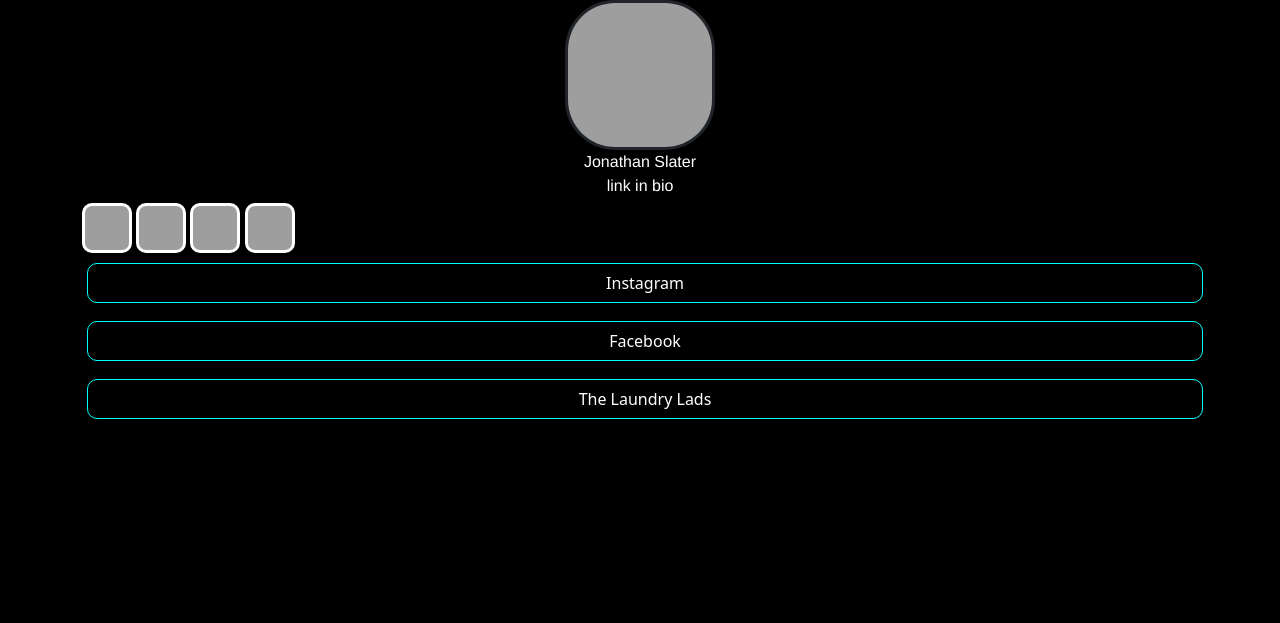
Repository: jontslater/LAB-link-in-bio
Page: index.html
The author's editor kept a copy of each file at every save. The page is drawn from the files as they stood at one save, then again after the next save.
The browser window is 1280 px wide. The pictures show the whole page.
Pictures or frames that could not be fetched are drawn as grey boxes.

Above is the page before, as saved 2023-10-15 15:01:09.

After the next save:
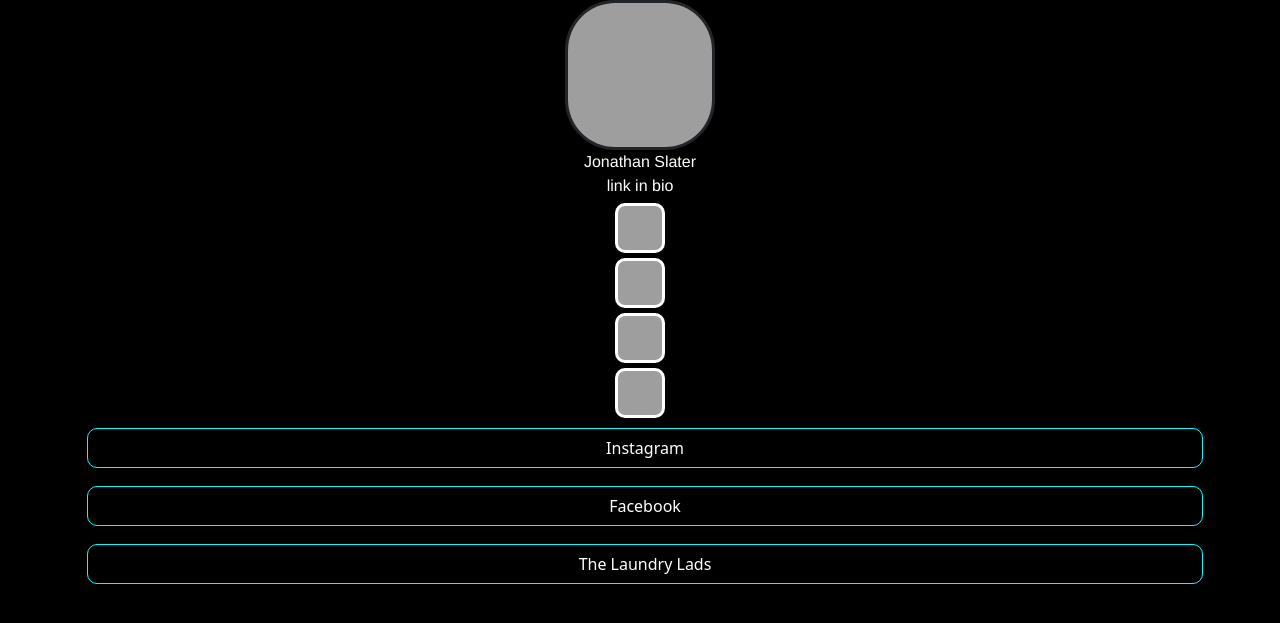
Saved 24 s later.
--- a/main.css
+++ b/main.css
@@ -49,5 +49,5 @@
   border-style: solid;
   margin-left: auto;
   margin-right: auto;
-  margin-block: center;
+  display: flex;
 }

After the 3 saves that followed:
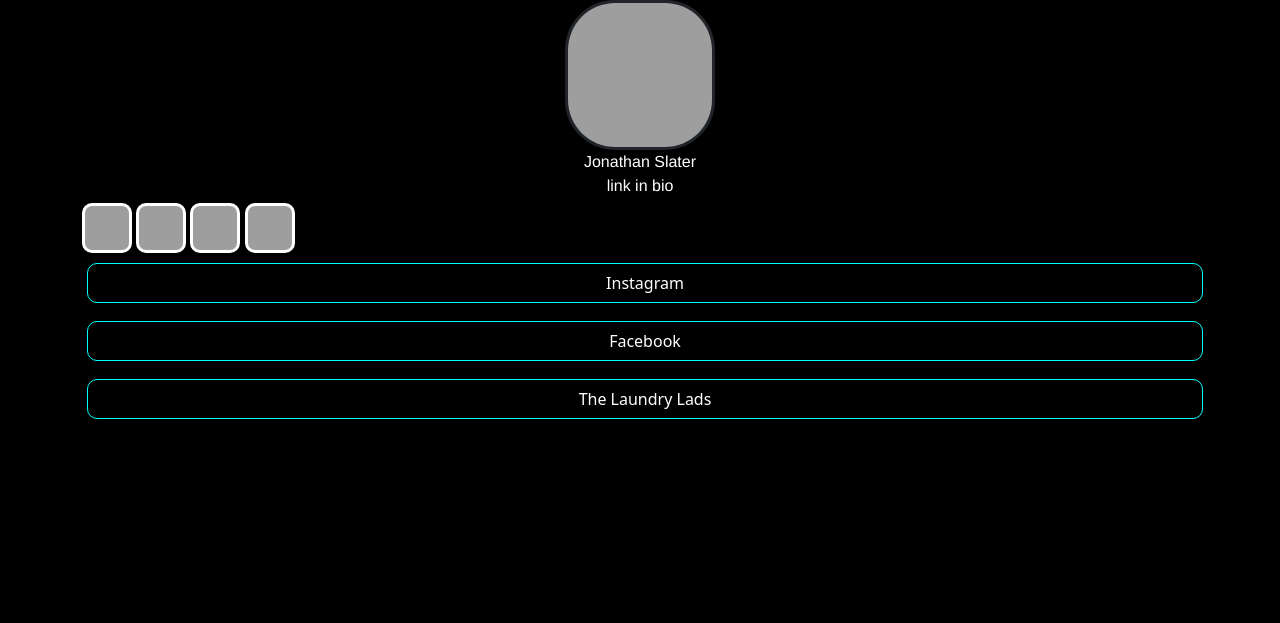
The 3 saves are shown as one change because 2 left the picture as it was.
The last was saved 31 s later.
--- a/main.css
+++ b/main.css
@@ -49,5 +49,5 @@
   border-style: solid;
   margin-left: auto;
   margin-right: auto;
-  display: flex;
+  flex-wrap: wrap;
 }
